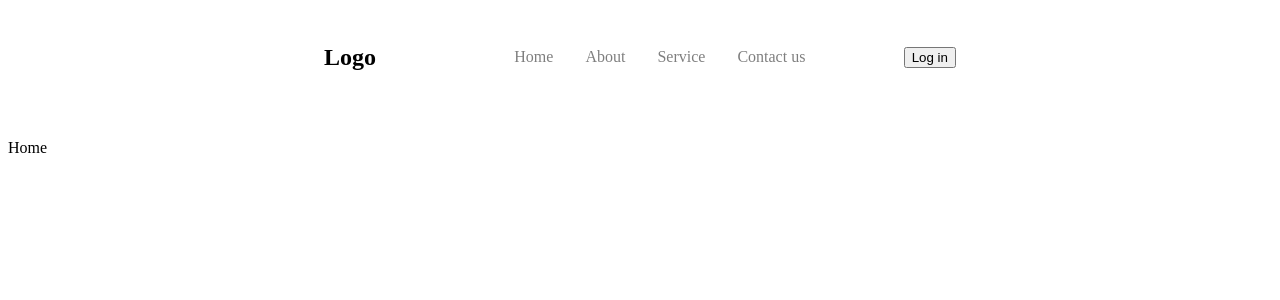
Repository: rehamtaher10/thirdReactTask
Page: /
These files come from the project's save history. The page is drawn as it stood at one moment and after the next save; the edit follows.
The browser window is 1280 px wide. The pictures show the whole page.
The project was rebuilt for these pictures with package versions that can differ from the ones it lists, and the page was loaded fresh each time. Also part of the build but not shown: vite.config.js, src/components/AboutPage/About.jsx, src/components/ContactUsPage/ContactUs.jsx, src/components/ServicePage/Service.jsx.

Above is the page before, as saved 2024-11-27 22:03:45.

After the next save:
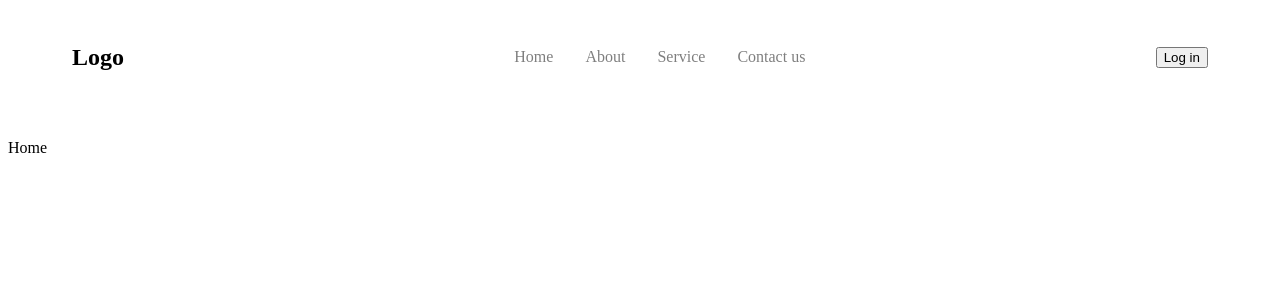
Saved 31 s later.
--- a/src/style/navBar.css
+++ b/src/style/navBar.css
@@ -5,9 +5,6 @@
     justify-content: space-between;
     padding-block: 1em;
     background-color: transparent;
-    /* border-radius: 4em; */
-    width: 50%;
-    margin: auto;
     margin-bottom: 2em;
 }
 .navbar_menu ul {
